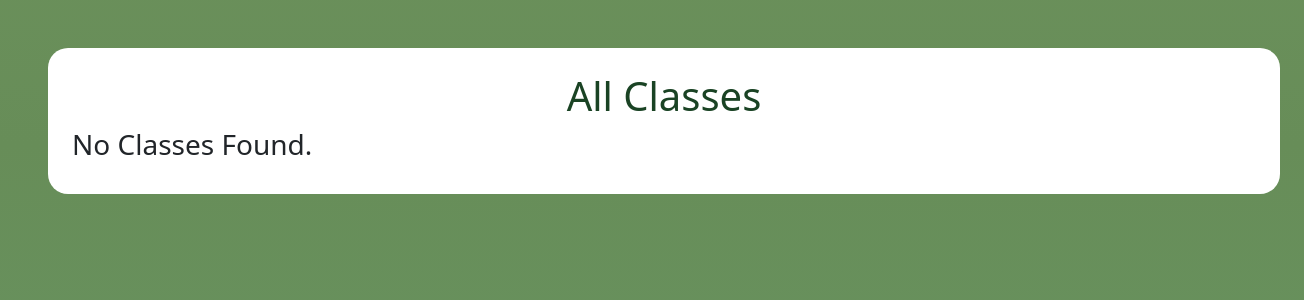
Repository: ronetteguevara/CalTech-ZumbaApp
Page: http://localhost/ZumbaApp/ViewClasses.jsp
These files come from the project's save history. The page is drawn as it stood at one moment and after the next save; the edit follows.
The browser window is 1280 px wide. The page is 1304 px wide, so the pictures cover 1304 px, including what lies to the right of the window. The pictures show the whole page.
The page is served by Tomcat 10. Queries for data that is not in the repository find no rows.

Above is the page before, as saved 2024-05-03 01:53:21.

After the next save:
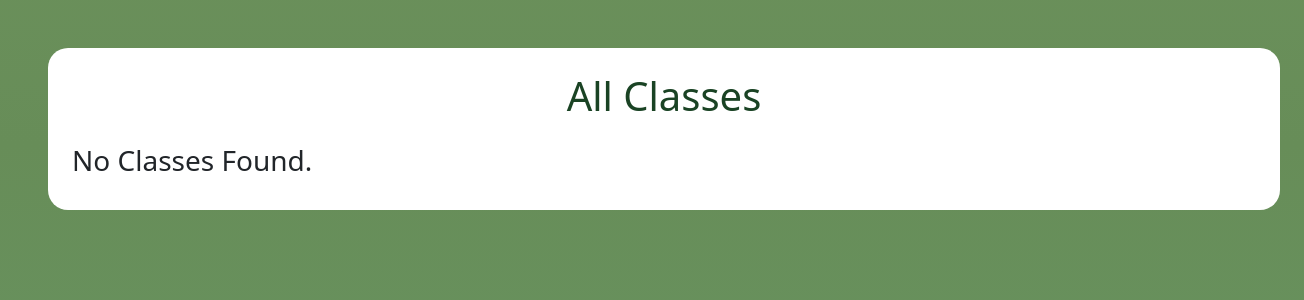
Saved 8 s later.
--- a/ZumbaApp/ZumbaApp/src/main/webapp/ViewClasses.jsp
+++ b/ZumbaApp/ZumbaApp/src/main/webapp/ViewClasses.jsp
@@ -10,7 +10,7 @@
 
         <div class="my-4 mx-4 d-flex justify-content-center col-xl-12 col-lg-12 col-md-12 col-sm-12 col-12">
         <div class="container-fluid mx-4 my-4 px-4 py-4 justify-content-center" style="background-color: white; border-radius: 20px;">
-        <h1 class="mb-2" style="text-align: center;">All Classes</h1>
+        <h1 class="mb-4" style="text-align: center;">All Classes</h1>
 
         <%
             DB db = new DB();
